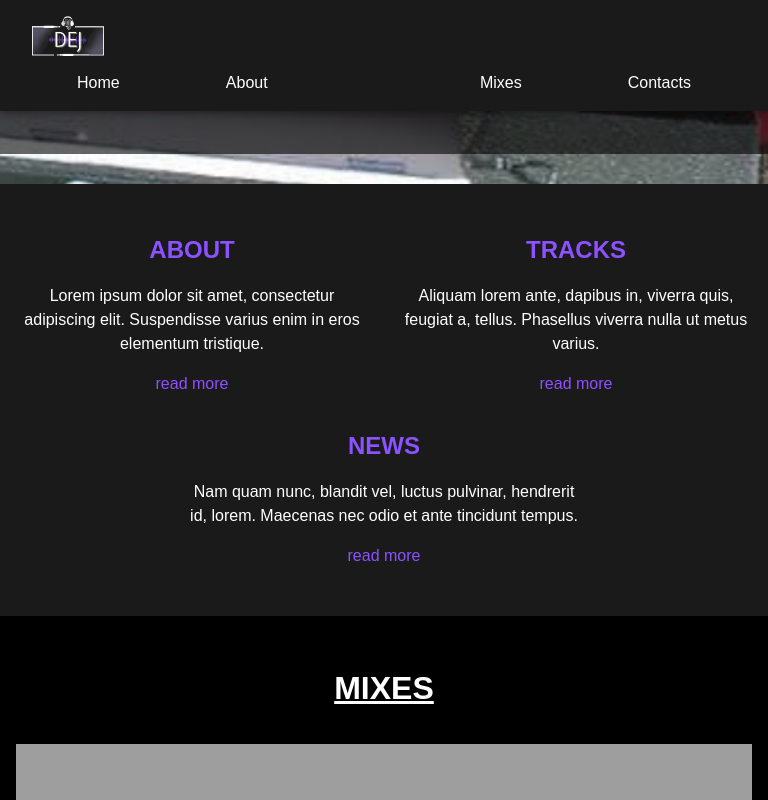
Repository: ErvinClay13/Dj-Dej-Website
Page: /
The author's editor kept a copy of each file at every save. The page is drawn from the files as they stood at one save, then again after the next save.
The browser window is 768 px wide. The pictures show the whole page.
Pictures or frames that could not be fetched are drawn as grey boxes. An inner scrolling area shows only its first screen. The project was rebuilt for these pictures with package versions that can differ from the ones it lists, and the page was loaded fresh each time. Also part of the build but not shown: vite.config.js.

Above is the page before, as saved 2025-05-09 21:50:26.

### src/App.jsx
// DJ Portfolio - React + Plain CSS Full Layout (Hero + Sections)

import React from "react";
import ReactDOM from "react-dom/client";
import "./App.css";

const App = () => {
  return (
    <div className="main-container">
      {/* Top Navigation */}
      <nav className="navbar">
        <div className="logo">
          <img src="/logo.png" alt="DJ DEJ Logo" className="logo-img" />
        </div>
        <ul className="nav-links">
          <li>
            <a href="#">Home</a>
          </li>
          <li>
            <a href="#">About</a>
          </li>
          <li>
            <a href="#"></a>
          </li>
          <li>
            <a href="#">Mixes</a>
          </li>
          <li>
            <a href="#">Contacts</a>
          </li>
        </ul>
      </nav>

      {/* Hero Section */}
      <header className="hero">
        <div className="hero-overlay">
          {/* <h1 className="dj-name">DJ DEJ</h1> */}
          <div className="logo">
            <img src="/logo.png" alt="DJ DEJ Logo" className="logo-img2" />
          </div>
          <div className="hero-buttons">
            <button className="btn light">BOOK ME</button>
          </div>
        </div>
      </header>

      {/* Sections */}
      <section className="info-section">
        <div className="info-block">
          <h2>ABOUT</h2>
          <p>
            Lorem ipsum dolor sit amet, consectetur adipiscing elit. Suspendisse
            varius enim in eros elementum tristique.
          </p>
          <a href="#">read more</a>
        </div>
        <div className="info-block">
          <h2>TRACKS</h2>
          <p>
            Aliquam lorem ante, dapibus in, viverra quis, feugiat a, tellus.
            Phasellus viverra nulla ut metus varius.
          </p>
          <a href="#">read more</a>
        </div>
        <div className="info-block">
          <h2>NEWS</h2>
          <p>
            Nam quam nunc, blandit vel, luctus pulvinar, hendrerit id, lorem.
            Maecenas nec odio et ante tincidunt tempus.
          </p>
          <a href="#">read more</a>
        </div>
      </section>

      <section className="mixes-section">
        <h2 className="mixes-title">Mixes</h2>

        <div className="mixcloud-embed">
          <iframe
            width="100%"
            height="120"
            style={{ border: "none" }}
            allow="autoplay"
            title="Mix 1"
            src="https://www.mixcloud.com/widget/iframe/?feed=%2FApeCode%2Fdj-dej-mix-1%2F&hide_cover=0&light=0"
          ></iframe>
        </div>

        <div className="mixcloud-embed">
          <iframe
            width="100%"
            height="120"
            style={{ border: "none" }}
            allow="autoplay"
            title="Mix 1"
            src="https://www.mixcloud.com/widget/iframe/?feed=%2FApeCode%2Fhouse_juke%2F&hide_cover=0&light=0"
          ></iframe>
        </div>

        <div className="mixcloud-embed">
          <iframe
            width="100%"
            height="120"
            style={{ border: "none" }}
            allow="autoplay"
            title="Mix 1"
            src="https://www.mixcloud.com/widget/iframe/?feed=%2FApeCode%2Fthrowbacks%2F&hide_cover=0&light=0"
          ></iframe>
        </div>
      </section>
    </div>
  );
};

export default App;

// import React from "react";
// import ReactDOM from "react-dom/client";
// import "./App.css";

// const App = () => {
//   return (
//     <div className="main-container">
//       {/* Top Navigation */}
//       <nav className="navbar">
//         <div className="logo">Dj DEJ</div>
//         <ul className="nav-links">
//           <li><a href="#">Home</a></li>
//           <li><a href="#">About</a></li>
//           <li><a href="#">Blog</a></li>
//           <li><a href="#">Releases</a></li>
//           <li><a href="#">Contacts</a></li>
//         </ul>
//       </nav>

//       {/* Hero Section */}
//       <header className="hero">
//         <div className="hero-overlay">
//           <h1 className="dj-name">DJ DEJ</h1>
//           <p className="tagline">THE BEST PARTY THIS YEAR</p>
//           <p className="date">12 JUNE, 2025</p>
//           <div className="hero-buttons">
//             <button className="btn dark">READ MORE</button>
//             <button className="btn light">JOIN US!</button>
//           </div>
//         </div>
//       </header>

//       {/* Sections */}
//       <section className="info-section">
//         <div className="info-block">
//           <h2>ABOUT</h2>
//           <p>Lorem ipsum dolor sit amet, consectetur adipiscing elit. Suspendisse varius enim in eros elementum tristique.</p>
//           <a href="#">read more</a>
//         </div>
//         <div className="info-block">
//           <h2>TRACKS</h2>
//           <p>Aliquam lorem ante, dapibus in, viverra quis, feugiat a, tellus. Phasellus viverra nulla ut metus varius.</p>
//           <a href="#">read more</a>
//         </div>
//         <div className="info-block">
//           <h2>NEWS</h2>
//           <p>Nam quam nunc, blandit vel, luctus pulvinar, hendrerit id, lorem. Maecenas nec odio et ante tincidunt tempus.</p>
//           <a href="#">read more</a>
//         </div>
//       </section>
//     </div>
//   );
// };

// export default App;

### src/App.css
/* Reset & global styles */
* {
  margin: 0;
  padding: 0;
  box-sizing: border-box;
}

html, body {
  width: 100%;
  height: 100%;
  font-family: 'Arial', sans-serif;
  background-color: #111;
  color: #fff;
  overflow-x: hidden;
}

/* Container */
.main-container {
  width: 100%;
}

/* Navbar - Fixed Top */
.navbar {
  position: fixed;
  top: 0;
  left: 0;
  width: 100%;
  z-index: 1000;
  background-color: #1a1a1a;
  display: flex;
  justify-content: space-between;
  align-items: center;
  padding: 1rem 2rem;
  box-shadow: 0 2px 8px rgba(0, 0, 0, 0.4);
  flex-wrap: wrap;
}

.logo-img {
  height: 40px;
  object-fit: contain;
}

.logo-img2 {
  margin-top: 50px;
  margin-bottom: 20px;
  height: 250px;
  object-fit: contain;

}

.nav-links {
  display: flex;
  flex-wrap: wrap;
  gap: 1rem;
  list-style: none;
}

.nav-links li a {
  color: white;
  text-decoration: none;
  font-weight: 500;
}

.nav-links li a:hover {
  color: #8c52ff;
}

/* Hero Section */
.hero {
  width: 100vw;
  height: 100vh;
  padding-top: 80px; /* Avoid overlap with fixed navbar */
  background: url('/hero.jpg') center/cover no-repeat;
  display: flex;
  align-items: center;
  justify-content: center;
  position: relative;
}

.hero-overlay {
  background: rgba(0, 0, 0, 0.6);
  width: 100%;
  height: 500px;
  padding: 2rem;
  text-align: center;
}

.dj-name {
  font-size: 3rem;
  color: #8c52ff;

}

.tagline {
  font-size: 1.5rem;
  margin: 0.5rem 0;
}

.date {
  font-size: 1rem;
  color: #ccc;
  margin-bottom: 1rem;
}

.hero-buttons {
  display: flex;
  flex-wrap: wrap;
  gap: 1rem;
  justify-content: center;
}

.btn {
  padding: 0.75rem 1.5rem;
  border: none;
  cursor: pointer;
  font-weight: bold;
  font-size: 1rem;
}

.btn.dark {
  background-color: #222;
  color: white;
}

.btn.light {
  /* background-color: #8c52ff; */
  background-color: white;
  color: #8c52ff;
}

.btn.light:hover {
  /* background-color: black; */
  background-color: #8c52ff;
  color: white;
}

/* Info Sections */
.info-section {
  display: flex;
  flex-wrap: wrap;
  justify-content: center;
  padding: 3rem 1rem;
  background-color: #1a1a1a;
  gap: 2rem;
}

.info-block {
  flex: 1 1 300px;
  max-width: 400px;
  text-align: center;
}

.info-block h2 {
  color: #8c52ff;
  margin-bottom: 1rem;
}

.info-block a {
  color: #8c52ff;
  text-decoration: none;
  display: block;
  margin-top: 1rem;
}

.info-block a:hover {
  text-decoration: underline;
}

/* Responsive Tweaks */
@media (max-width: 768px) {
  .dj-name {
    font-size: 2.2rem;
  }

  .tagline {
    font-size: 1.2rem;
  }

  .hero {
    height: 80vh;
  }

  .navbar {
    flex-direction: column;
    align-items: flex-start;
  }

  .nav-links {
    width: 100%;
    justify-content: space-around;
    padding-top: 0.5rem;
  }

  .mixes-section {
    background-color: #000;
    padding: 3rem 1rem;
    text-align: center;
  }

  .mixes-title {
    color: #fff;
    font-size: 2rem;
    margin-bottom: 2rem;
    text-transform: uppercase;
    text-decoration: underline;
  }

  .mixcloud-embed {
    max-width: 800px;
    margin: 2rem auto;
    margin-bottom: 20px;
  }

}

Loaded but not shown: index.html (common file); src/main.jsx (common file); src/index.css (common file)

After the next save:
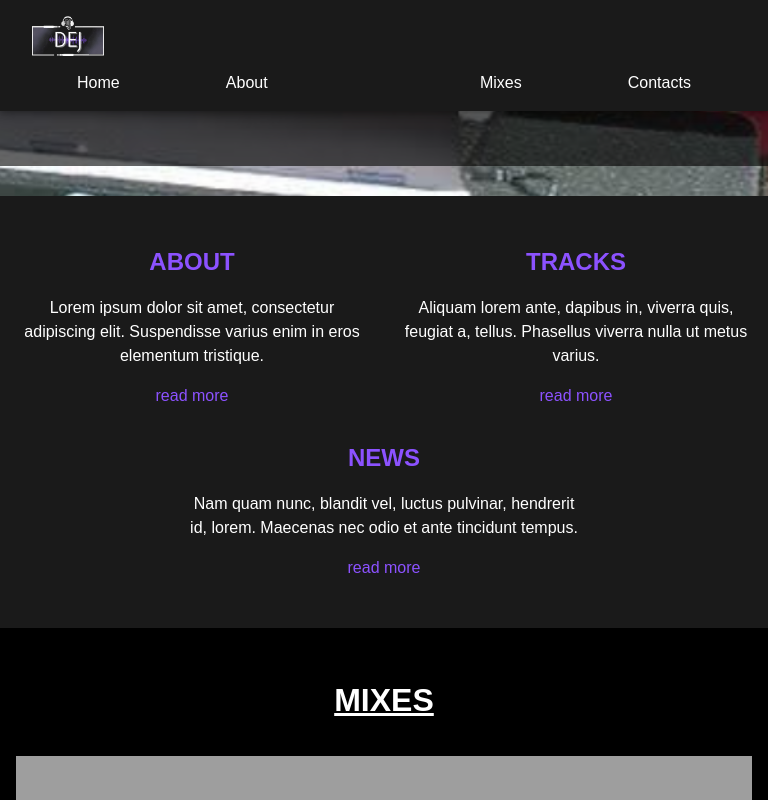
Saved 16 s later.
--- a/src/App.css
+++ b/src/App.css
@@ -207,7 +207,7 @@
 
   .mixcloud-embed {
     max-width: 800px;
-    margin: 2rem auto;
+    /* margin: 2rem auto; */
     margin-bottom: 20px;
   }
 
